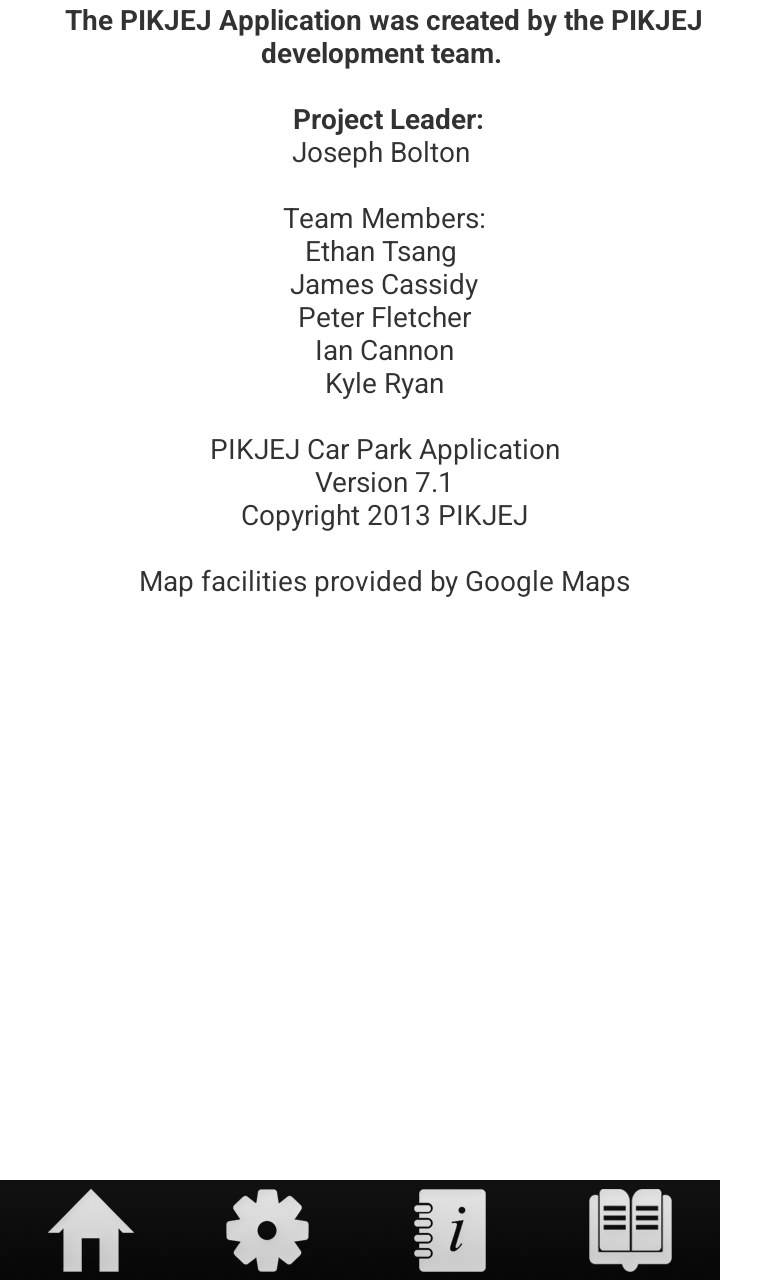
Repository: jo3bolton/PIKJEJ
Layout: PIKJEJ v7/PIKJEJ/res/layout/activity_about.xml
These files come from the project's save history. The layout is drawn as it stood at one moment and after the next save; the edit follows.
It is drawn on a 768 x 1280 px phone screen (xhdpi) without system bars, with theme AppTheme; the app's code is not run.

Above is the layout before, as saved 2013-03-23 13:40:59.

After the next save:
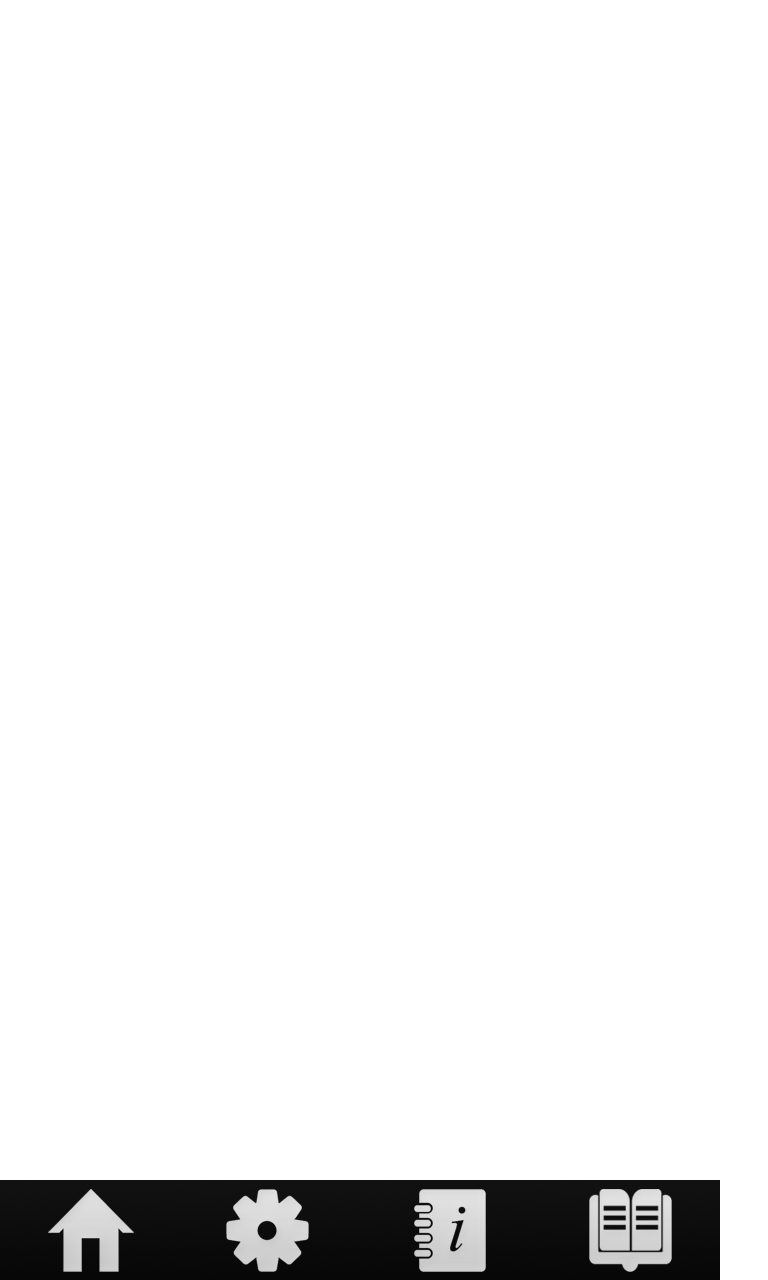
Saved 59 s later.
--- a/PIKJEJ v7/PIKJEJ/res/layout/activity_about.xml
+++ b/PIKJEJ v7/PIKJEJ/res/layout/activity_about.xml
@@ -48,14 +48,11 @@
         android:layout_alignParentLeft="true"
         android:layout_alignParentRight="true"
         android:layout_alignParentTop="true">
-
     <TextView
         android:id="@+id/textView1"
         android:layout_width="wrap_content"
         android:layout_height="wrap_content"
-        android:gravity="center"
         android:scrollbars="vertical"
-        android:text="@string/page_about" />
-
+        android:text="" />
 </ScrollView>
 </RelativeLayout>
